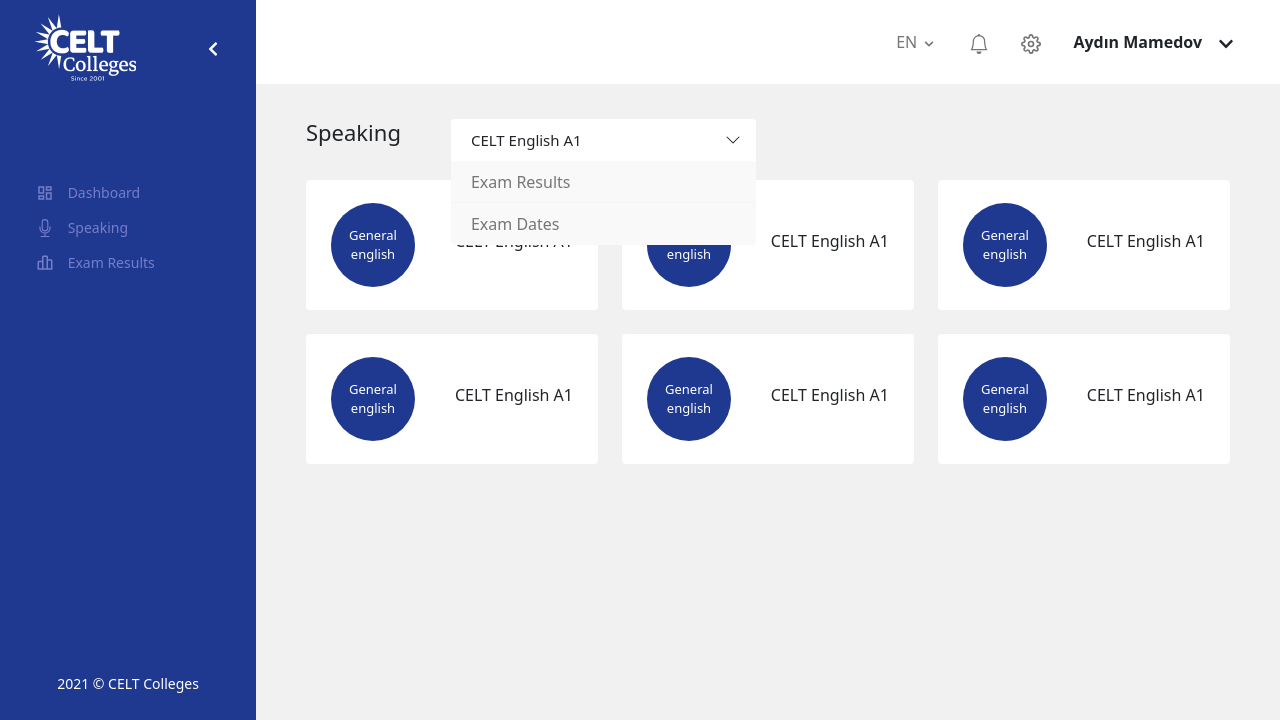
Repository: aydinws/celtapp
Page: /speaking
The author's editor kept a copy of each file at every save. The page is drawn from the files as they stood at one save, then again after the next save.
The browser window is 1280 px wide. The pictures show the whole page.
The project was rebuilt for these pictures with package versions that can differ from the ones it lists, and the page was loaded fresh each time. Also part of the build but not shown: src/pages/Dashboard/index.js, src/pages/ExamResults/index.scss, src/components/Table/index.scss, src/components/Pagination/index.scss, src/components/Pagination/index.js, src/components/Table/index.js, src/pages/ExamResults/index.js.

Above is the page before, as saved 2021-06-10 00:41:42.

### src/App.js
import React from 'react';

// files
import './assets/css/app.scss';

// pages
import Dashboard from './pages/Dashboard';
import ExamResults from './pages/ExamResults';
import Speakings from './pages/Speakings';

// npm modules
import 'bootstrap/dist/css/bootstrap.css';
import { BrowserRouter as Router, Switch, Route } from "react-router-dom";


function App() {
  return (
    <Router>
      <Switch>
        <Route path="/" exact component={Dashboard} />
        <Route path="/speaking" exact component={Speakings} />
        <Route path="/examresults" exact component={ExamResults} />
      </Switch>
    </Router>
  );
}

export default App;

### src/assets/css/app.scss
@import 'code';

* {
    list-style: none !important;
    text-decoration: none !important;
    outline: none !important;
}

body {
    height: 100%;
    background-color: $bgColor !important;
}

.app {
    height: 100%;
    display: flex;

    .content {
        height: 100vh;
        flex: 1;
    }
}

.section {
    margin: 35px 50px;

    @media screen and (max-width:481px) {
        margin: 35px 20px;
    }

    .content-body-head {

        h3 {
            font-size: 22px;
            margin: 0 0 35px;
        }

        .search-input {
            width: 278px;
            height: 42px;
            border-radius: 4px;
            overflow: hidden;
            float: right;

            @media screen and (max-width:768px) {
                margin: 0 0 20px;
                width: 100%;
            }

            input {
                width: 236px;
                height: 42px;
                padding: 0 0 0 20px;
                border: 1px solid #FFFFFF;
                background-color: #FFFFFF;
                font-size: 15px;

                @media screen and (max-width:768px) {
                    width: calc(100% - 42px);
                }
            }

            input::placeholder {
                font-weight: 500;
            }

            svg {
                fill: $grayColor;
                padding: 12px;
                width: 42px;
                height: 42px;
                background-color: #FFFFFF;
                margin: 0 0 4px;
            }
        }
    }
}

.orange { fill: $orangeColor; color: $orangeColor !important; }
.red { fill: $redColor; color: $redColor !important; }
.green { fill: $greenColor; color: $greenColor !important; }
.c-pointer { cursor: pointer; }

### src/pages/Speakings/index.js
import React, { useState } from 'react';
import './index.scss';

// components
import Sidebar from '../../components/SideBar';
import TopBar from '../../components/TopBar';

//icons
import { BsChevronDown } from "react-icons/bs";

function Speaking() {

    const [visible, setVisible] = useState(true);

    const openCloseMenu = () => {
        setVisible(!visible);
    }
    return (
        <div className="app">
            {visible && <Sidebar openCloseMenu={openCloseMenu} />}

            <div className="content">
                <TopBar openCloseMenu={openCloseMenu} />

                <div className="section">
                    <div className="content-body-head">
                        <div className="row">
                            <div className="col-12 col-md-6 d-flex">
                                <h3>Speaking</h3>
                                <div className="select-option">
                                    <div className="select-option-btn">
                                        <span>CELT English A1</span>
                                        <BsChevronDown />
                                    </div>
                                    <div className="select-option-items">
                                        <ul>
                                            <li><a href="/">Exam Results</a></li>
                                            <li><a href="/">Exam Dates</a></li>
                                        </ul>
                                    </div>
                                </div>
                            </div>
                        </div>
                    </div>
                    <div className="content-body">
                        <div className="row">
                            <div className="col-12 col-md-6 col-lg-4 mb-4">
                                <div className="card card--speaking">
                                    <div className="card-circle">
                                        <p>General english</p>
                                    </div>
                                    <h6>CELT English A1</h6>
                                </div>
                            </div>
                            <div className="col-12 col-md-6 col-lg-4 mb-4">
                                <div className="card card--speaking">
                                    <div className="card-circle">
                                        <p>General english</p>
                                    </div>
                                    <h6>CELT English A1</h6>
                                </div>
                            </div>
                            <div className="col-12 col-md-6 col-lg-4 mb-4">
                                <div className="card card--speaking">
                                    <div className="card-circle">
                                        <p>General english</p>
                                    </div>
                                    <h6>CELT English A1</h6>
                                </div>
                            </div>
                            <div className="col-12 col-md-6 col-lg-4 mb-4">
                                <div className="card card--speaking">
                                    <div className="card-circle">
                                        <p>General english</p>
                                    </div>
                                    <h6>CELT English A1</h6>
                                </div>
                            </div>
                            <div className="col-12 col-md-6 col-lg-4 mb-4">
                                <div className="card card--speaking">
                                    <div className="card-circle">
                                        <p>General english</p>
                                    </div>
                                    <h6>CELT English A1</h6>
                                </div>
                            </div>
                            <div className="col-12 col-md-6 col-lg-4 mb-4">
                                <div className="card card--speaking">
                                    <div className="card-circle">
                                        <p>General english</p>
                                    </div>
                                    <h6>CELT English A1</h6>
                                </div>
                            </div>
                        </div>
                    </div>
                </div>
            </div>
        </div>
    );
}

export default Speaking;

### src/assets/css/code.scss
$bgColor: #F1F1F1;
$mainBlue: #1E398F;
$blueTextColor: #757ECB;
$orangeColor: #EE7100;
$redColor: #C10000;
$greenColor: #009F3F;
$grayColor: #767676;

### src/pages/Dashboard/index.scss
@import '../../assets/css/code.scss';
@import '../../assets/css/custom.scss';

.anime-h {
    height: 66px;
}

.content-body {
    .card {
        border-radius: 4px;
        padding: 23px 25px;
        overflow: hidden;

        &--dashboard {
            width: 100%;
            height: 100%;
            position: relative;
        }

        .card-header {
            border-bottom: 0.5px solid #DEDEDE;
            background-color: #FFFFFF;
            padding: 0;
            display: flex;
            justify-content: space-between;

            svg {
                fill: $orangeColor;
                width: 22px;
                height: 22px;
            }

            h4 {
                font-size: 18px;
                margin: 0 0 20px;
                padding: 0;
                cursor: pointer;
            }
        }

        ul {
            padding: 0;
        }

        ul li {
            margin-top: 25px;
        }

        ul li h4 {
            font-size: 15px;
            text-transform: uppercase;
            padding: 0;
        }

        ul li p {
            font-size: 12px;
            color: #878787;
        }

        label {
            display: flex;
            align-items: center;
            position: relative;
            cursor: pointer;
        }

        label {
            div {
                font-size: 15px;
                text-transform: uppercase;
                padding: 0;
                margin: 0 30px;
                font-weight: 500;
            }
        }

        a {
            color: $mainBlue;
            text-decoration: none;
            font-size: 13px;
            position: absolute;
            right: 0;
            bottom: 0;
            margin: 25px;
            font-weight: bold;
        }

        svg {
            fill: $mainBlue;
            width: 7px;
            padding: 0 0 2px;
        }
    }
}

### src/components/SideBar/index.js
import React from 'react';
import './index.scss';

// npm modules
import { Link } from "react-router-dom";

// icons
import { FaChevronLeft } from "react-icons/fa";
import { BsMic } from "react-icons/bs";
import { RiDashboardLine } from "react-icons/ri";
import { BiBarChartAlt2 } from "react-icons/bi";

// images
import Logo from '../../assets/images/logo.png';

function Sidebar({ openCloseMenu }) {
    return (
        <div className="side-bar">
            <div className="side-bar-content">
                <div className="side-bar-content-header">
                    <img src={Logo} alt="Logo" />
                    <FaChevronLeft onClick={openCloseMenu} />
                </div>
                <div className="side-bar-content-body">
                    <ul>
                        <li>
                            <Link to="/"><RiDashboardLine /> Dashboard</Link>
                        </li>
                        <li>
                            <Link to="/speaking"><BsMic /> Speaking</Link>
                        </li>
                        <li>
                            <Link to="/examresults"><BiBarChartAlt2 /> Exam Results</Link>
                        </li>
                    </ul>
                </div>
                <p>2021 © CELT Colleges</p>
            </div>
        </div>
    );
}

export default Sidebar;

### src/components/TopBar/index.js
import React from 'react';
import './index.scss';

// icons
import { FaChevronDown } from "react-icons/fa";
import { BsBell } from "react-icons/bs";
import { FiSettings } from "react-icons/fi";
import { GoThreeBars } from "react-icons/go";

// images
import Avatar from '../../assets/images/avatar.png';
import Logo from '../../assets/images/logo.png';

function TopBar({ openCloseMenu }) {
    return (
        <div className="top-bar">
            <img src={Logo} alt="Logo" />
            <ul>
                <li>
                    <span>EN <FaChevronDown /></span>
                </li>
                <li>
                    <BsBell />
                </li>
                <li>
                    <FiSettings onClick={openCloseMenu} />
                </li>
                <li>
                    <img src={Avatar} alt="Avatar" />
                    <span>Aydın Mamedov</span>
                    <FaChevronDown />
                </li>
                <li>
                    <GoThreeBars onClick={openCloseMenu} />
                </li>
            </ul>
        </div>
    );
}

export default TopBar;

### src/pages/Speakings/index.scss
@import '../../assets/css/code.scss';
@import '../../assets/css/custom.scss';

.anime-h {
    height: 64px;
}

.content-body {
    .card {
        border-radius: 4px;
        padding: 23px 25px;
        overflow: hidden;

        &--speaking {
            border: 0;
            flex-direction: row;
            justify-content: space-between;
            align-items: center;
            cursor: pointer;
        }

        .card-circle {
            width: 84px;
            height: 84px;
            background-color: $mainBlue;
            color: #FFFFFF;
            border-radius: 50%;
            text-align: center;
            display: flex;
            align-items: center;

            p {
                font-size: 13px;
                margin: 0;
            }

            h6 {
                font-size: 17px;
            }
        }
    }
}

.select-option {
    width: 100%;
    min-height: 42px;
    margin: 0 0 0 50px;
    position: relative;
    z-index: 5;

    .select-option-btn {
        cursor: pointer;
        width: 100%;
        height: 42px;
        background-color: #FFFFFF;
        display: flex;
        justify-content: space-between;
        align-items: center;
        padding: 0 5px 0 20px;
        border-radius: 4px 4px 0 0;
    }

    &:hover {
        background-color: #F9F9F9;
    }

    span {
        font-weight: 500;
        font-size: 15px;
    }

    svg {
        margin-right: 10px;
    }

    .select-option-items {
        z-index: 5;
        position: absolute;
        width: 100%;
        height: auto;
        min-height: 42px;
        left: 0;
        top: 42px;
        background-color: #F9F9F9;
        border-radius: 0 0 4px 4px;

        ul {
            padding: 0;
            margin: 0;

            li {
                a {
                    width: 100%;
                    height: 42px;
                    display: flex;
                    align-items: center;
                    color: $grayColor;
                    padding-left: 20px;
                    border-bottom: 1px solid #F5F5F5;
                }

                &:last-child a {
                    border-bottom: 0;
                }
            }
        }
    }
}

### src/assets/css/custom.scss
.custom-checkbox {
    position: absolute;
    opacity: 0;
    height: 0;
    width: 0;
}

.checkmark {
    position: absolute;
    top: 2px;
    left: 0;
    height: 18px;
    width: 18px;
    background-color: #eee;
    cursor: pointer;
    border-radius: 2px;
}

.custom-checkbox:hover input ~ .checkmark {
    background-color: #ccc;
}

.custom-checkbox:checked ~ .checkmark {
    background-color: $mainBlue;
}

.checkmark:after {
    content: "";
    position: absolute;
    display: none;
}

.custom-checkbox:checked ~ .checkmark:after {
    display: block;
}

.checkmark:after {
    left: 7px;
    top: 4px;
    width: 4px;
    height: 8px;
    border: solid white;
    border-width: 0 2px 2px 0;
    -webkit-transform: rotate(45deg);
    -ms-transform: rotate(45deg);
    transform: rotate(45deg);
}

.custom-radio {
    position: absolute;
    opacity: 0;
    height: 0;
    width: 0;
}

.radiomark {
    position: absolute;
    top: 2px;
    left: 0;
    height: 18px;
    width: 18px;
    background-color: #eee;
    cursor: pointer;
    border-radius: 50%;
}

.custom-radio input ~ .radiomark {
    background-color: #ccc;
}

.custom-radio:checked ~ .radiomark {
    background-color: $mainBlue;
}

.radiomark:after {
    content: "";
    position: absolute;
    display: none;
}

.custom-radio:checked ~ .radiomark:after {
    display: block;
}


.radiomark:after {
    top: 6px;
	left: 6px;
	width: 6px;
	height: 6px;
	border-radius: 50%;
	background: white;
}

### src/components/SideBar/index.scss
@import '../../assets/css/code.scss';

.side-bar {
    width: 256px;

    @media screen and (max-width:1024px) {
        position: fixed;
        z-index: 10;
    }

    .side-bar-content {
        width: 256px;
        height: 100%;
        position: fixed;
        z-index: 10;
        background-color: $mainBlue;

        p {
            width: 100%;
            text-align: center;
            position: absolute;
            bottom: 10px;
            color: #FFFFFF;
            font-size: 14px;
        }
    }

    .side-bar-content-header {
        display: flex;
        justify-content: space-between;
        padding: 14px 35px;
        align-items: center;

        svg {
            fill: #FFFFFF;
            cursor: pointer;
        }
    }

    .side-bar-content-body {
        ul {
            padding: 0;
            width: 100%;
            margin-top: 83px;
        }

        li {
            padding: 0 33px;
            margin: 10px 0;
            transition: border-left 200ms;
            border-left: 3px solid transparent;

            svg {
                width: 18px;
                height: 18px;
                fill: $blueTextColor;
                margin-right: 10px;
                margin-bottom: 3.5px;
                transition: fill 400ms;
            }

            a {
                font-size: 14px;
                color: $blueTextColor;
                text-decoration: none;
                transition: color 400ms;
            }

            &:hover {
                border-left: 3px solid #FFFFFF;
            }

            &:hover svg {
                fill: #FFFFFF;
            }

            &:hover a {
                color: #FFFFFF;
            }
        }
    }
}

### src/components/TopBar/index.scss
@import '../../assets/css/code.scss';

.top-bar {
    background-color: #FFFFFF;
    flex: 1;
    height: 84px;
    align-items: center;
    justify-content: space-between;
    z-index: 9;

    img {
        display: none;
    }

    @media screen and (max-width:1024px) {
        display: flex;
        background-color: $mainBlue;
        height: 69px;
        overflow: hidden;

        img {
            width: 69px;
            height: 47px;
            display: block;
            margin: 11px 20px;
        }
    }

    ul {
        display: flex;
        justify-content: flex-end;
        height: 84px;
        align-items: center;
        margin-right: 30px;

        @media screen and (max-width:1024px) {
            margin-right: 15px;
        }

        li {
            cursor: pointer;
            margin: 24px 16px;

            @media screen and (max-width:1024px) {
                margin: 17px 15px 0 0;
            }

            &:nth-child(1) span {
                color: $grayColor;
                @media screen and (max-width:1024px) {
                    color: #FFFFFF;
                }

                svg {
                    height: 10px;
                }
            }

            &:nth-child(2) {
                svg {
                    fill: $grayColor;
                    width: 20px;
                    height: 20px;

                    @media screen and (max-width:1024px) {
                        fill: #FFFFFF;
                    }
                }
            }

            &:nth-child(3) {
                svg {
                    stroke: $grayColor;
                    width: 20px;
                    height: 20px;
                }
            }

            &:nth-child(4) {
                img, span {
                    margin-right: 16px;
                }

                span {
                    font-weight: 600;
                }
            }

            &:nth-child(5) {
                @media screen and (min-width:1024px) {
                    display: none;
                }
                svg {
                    fill: $grayColor;
                    width: 20px;
                    height: 20px;
                    @media screen and (max-width:1024px) {
                        fill: #FFFFFF;
                    }
                }
            }

            @media screen and (max-width:1024px) {
                &:nth-child(3), &:nth-child(4) {
                    display: none;
                }
            }
        }
    }
}

Loaded but not shown: public/index.html (common file); src/index.js (common file)

After the next save:
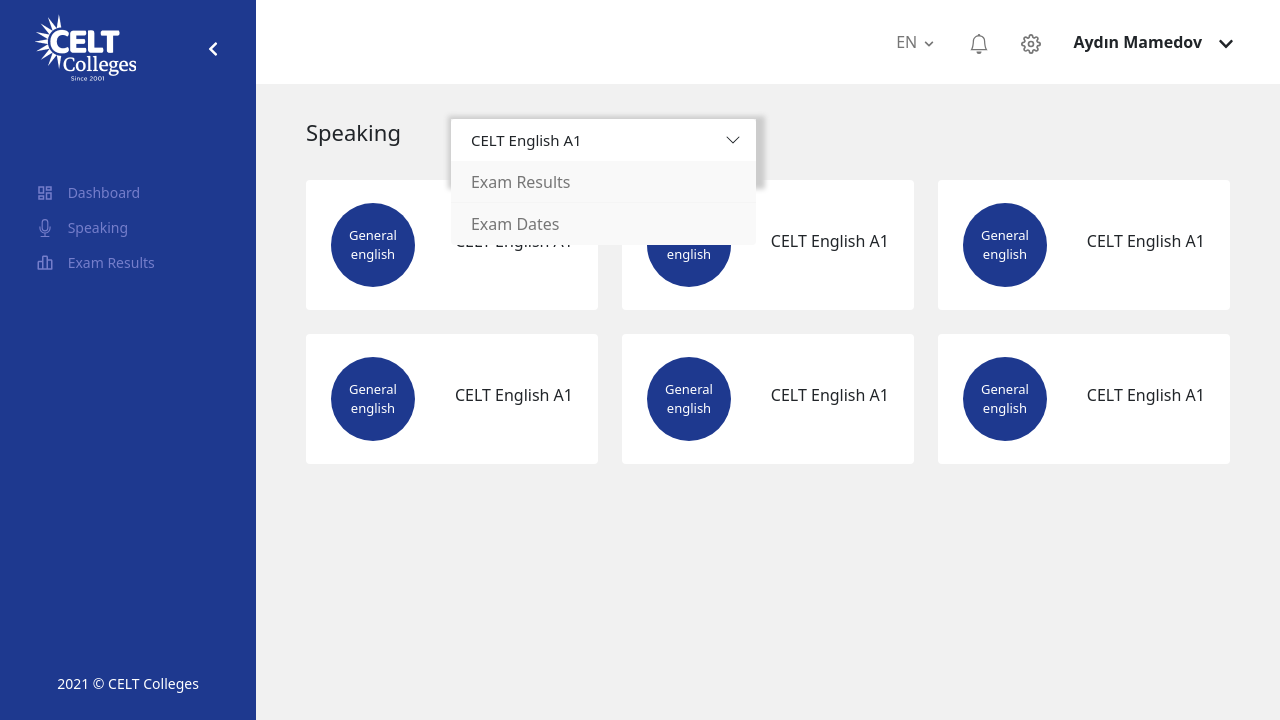
Saved 50 s later.
--- a/src/pages/Speakings/index.scss
+++ b/src/pages/Speakings/index.scss
@@ -47,6 +47,10 @@
     margin: 0 0 0 50px;
     position: relative;
     z-index: 5;
+
+    -webkit-box-shadow: 3px 3px 5px 6px #ccc;  /* Safari 3-4, iOS 4.0.2 - 4.2, Android 2.3+ */
+  -moz-box-shadow:    3px 3px 5px 6px #ccc;  /* Firefox 3.5 - 3.6 */
+  box-shadow:         3px 3px 5px 6px #ccc;
 
     .select-option-btn {
         cursor: pointer;

After the save that followed:
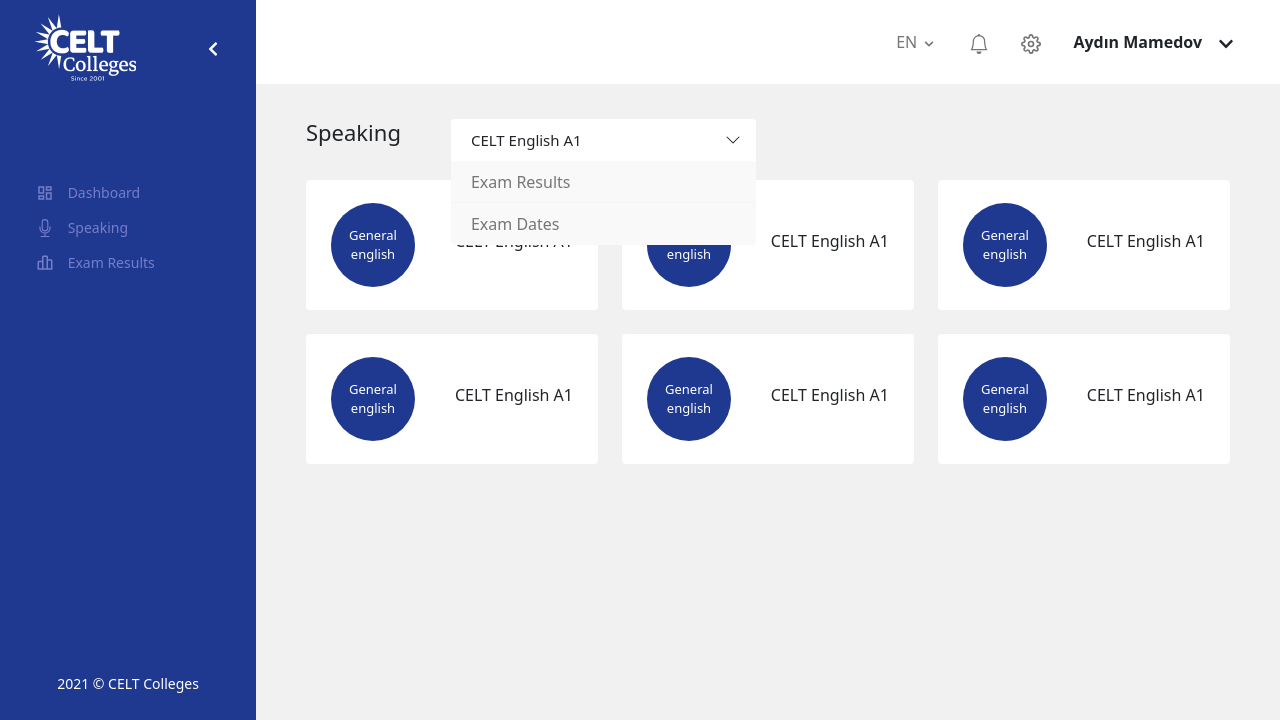
Saved 10 s later.
--- a/src/pages/Speakings/index.scss
+++ b/src/pages/Speakings/index.scss
@@ -48,9 +48,6 @@
     position: relative;
     z-index: 5;
 
-    -webkit-box-shadow: 3px 3px 5px 6px #ccc;  /* Safari 3-4, iOS 4.0.2 - 4.2, Android 2.3+ */
-  -moz-box-shadow:    3px 3px 5px 6px #ccc;  /* Firefox 3.5 - 3.6 */
-  box-shadow:         3px 3px 5px 6px #ccc;
 
     .select-option-btn {
         cursor: pointer;
